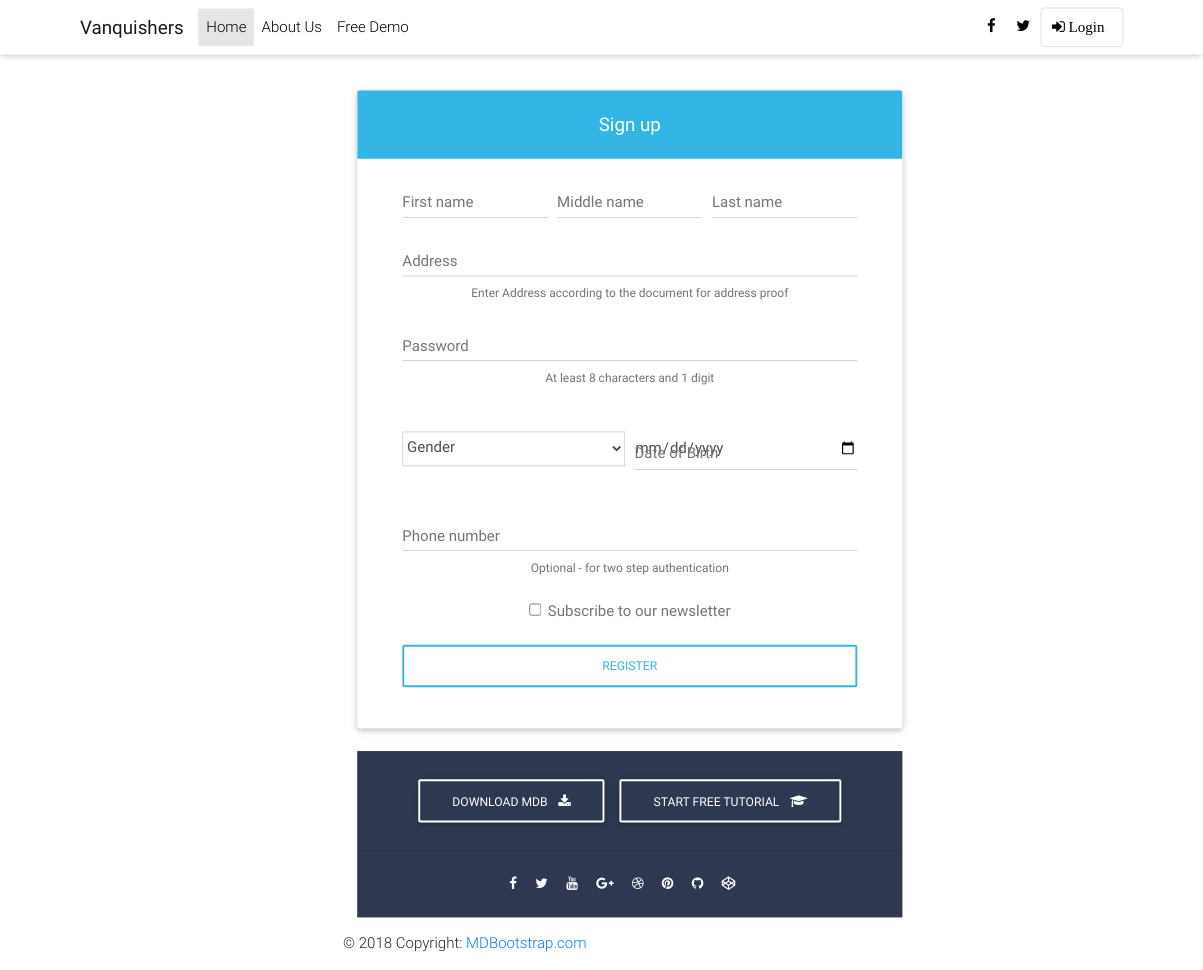
Repository: KJSCEhack/KJSCE_Vanquishers
Page: http://localhost/demo.php
An editor plug-in stored every save of this project. The page is shown before and after the next save, followed by the edit.
The browser window is 1280 px wide. The pictures show the whole page, at 94% of full size.
The page is run by PHP 8.4 with error messages shown; the project is at /var/www/html/.

Above is the page before, as saved 2018-10-06 10:01:46.
Console error: TypeError: $(...).material_select is not a function

After the next save:
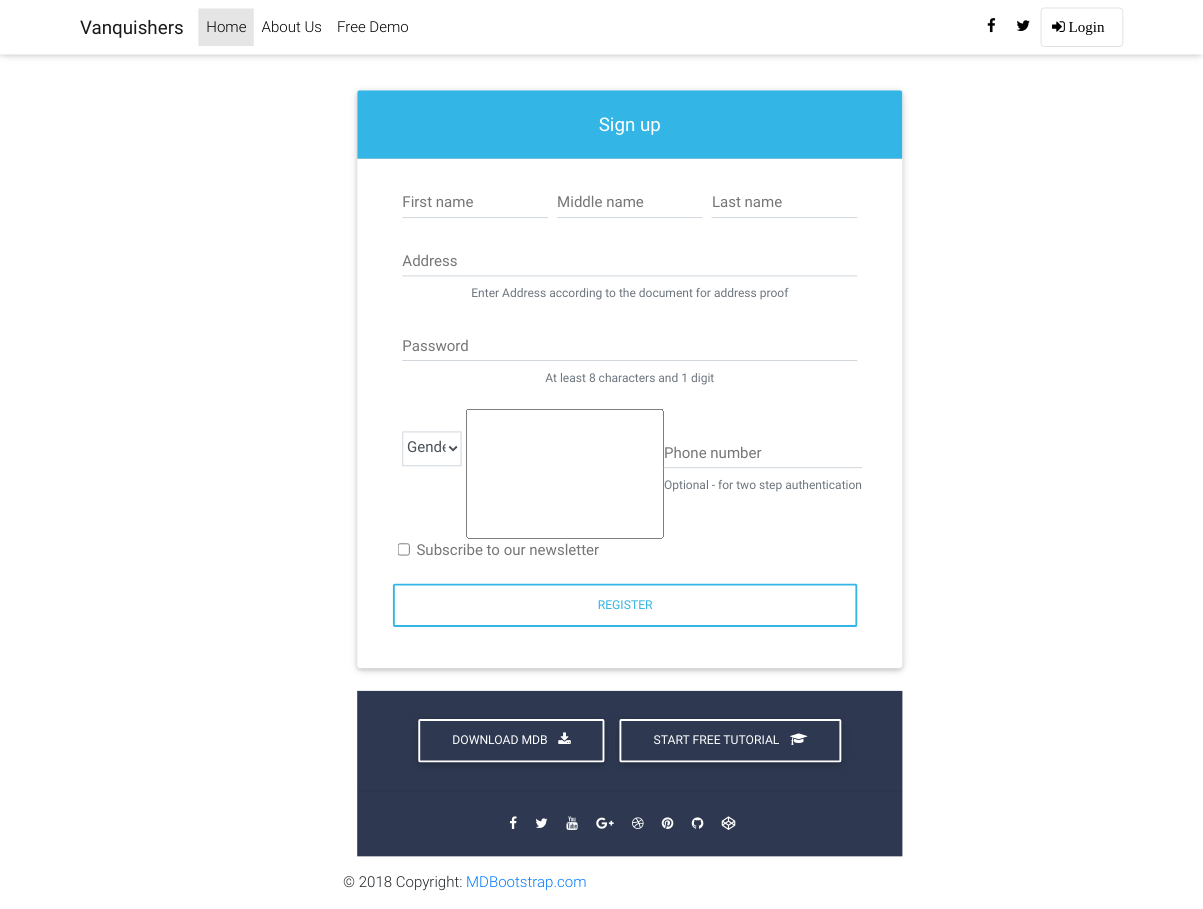
Console error: ReferenceError: M is not defined
Saved 87 s later.
--- a/demo.php
+++ b/demo.php
@@ -171,13 +171,16 @@ mysqli_close($conn);
                             </div>
                         </div>
 
-                        <div class="col">
+                        <!--<div class="col">
                             <div class="md-form">
                                 <input type="date" class="form-control" id="materialRegisterFormDOB">
                                 <label for="materialRegisterFormDOB">Date of Birth</label>
                             </div>
                         </div>
-                    </div>
+                    </div>-->
+
+                     <input type="text" class="datepicker">
+
 
                     <!-- Phone number -->
                     <div class="md-form">
@@ -224,6 +227,19 @@ mysqli_close($conn);
         $(document).ready(function() {
             $('.mdb-select').material_select();
         });
+
+
+         document.addEventListener('DOMContentLoaded', function() {
+    var elems = document.querySelectorAll('.datepicker');
+    var instances = M.Datepicker.init(elems, options);
+  });
+
+  // Or with jQuery
+
+  $(document).ready(function(){
+    $('.datepicker').datepicker();
+  });
+
     </script>
 
 
